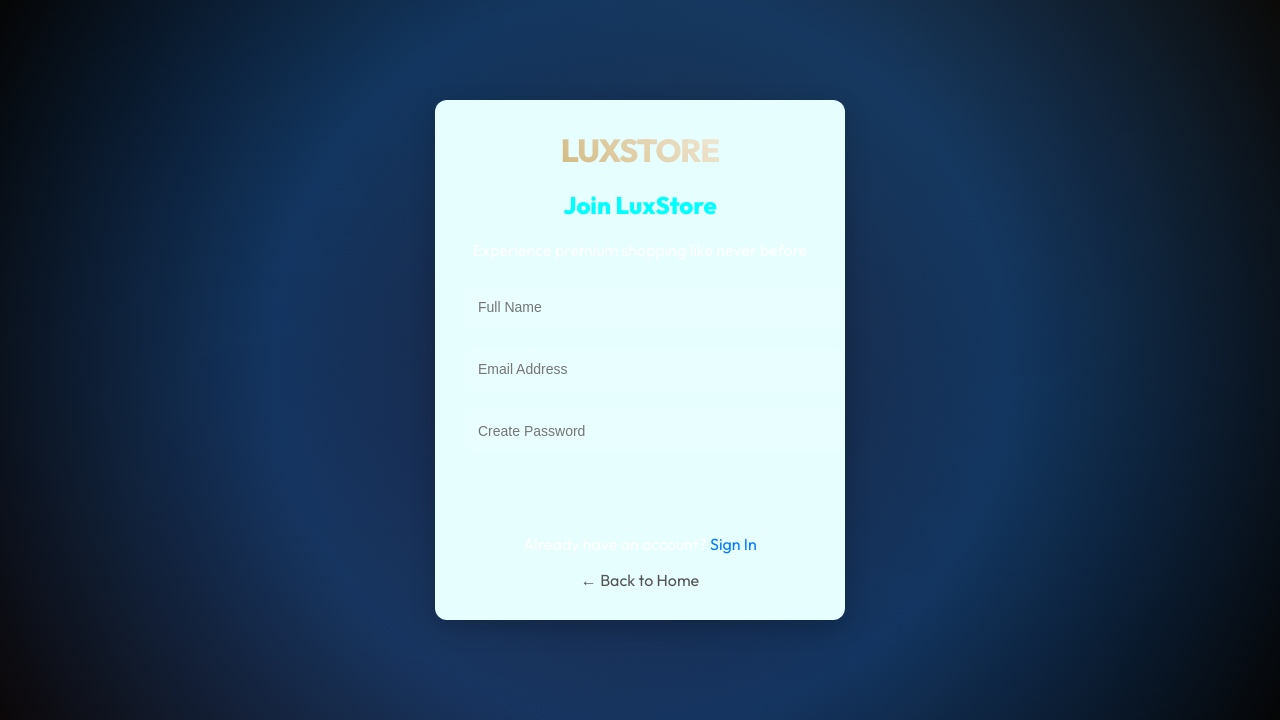
Repository: pradeepkumarh-17/Ecommerce
Page: http://localhost/EcomStore/views/auth/register.jsp
These files come from the project's save history. The page is drawn as it stood at one moment and after the next save; the edit follows.
The browser window is 1280 px wide. The pictures show the whole page.
Some web libraries are served in a nearby version. The page is served by Tomcat 10. Other server files are loaded and not shown.

Above is the page before, as saved 2026-05-03 07:57:50.

### EcomStore/src/main/webapp/views/auth/register.jsp
<%@ page contentType="text/html; charset=UTF-8" pageEncoding="UTF-8"%>

<!DOCTYPE html>
<html>
<head>
    <meta charset="UTF-8">
    <meta name="viewport" content="width=device-width, initial-scale=1.0">
    <title>Create Account | LuxStore</title>

    <!-- Google Fonts -->
    <link rel="preconnect" href="https://fonts.googleapis.com">
    <link rel="preconnect" href="https://fonts.gstatic.com" crossorigin>
    <link href="https://fonts.googleapis.com/css2?family=Outfit:wght@300;400;600;800&display=swap" rel="stylesheet">

    <link rel="stylesheet" href="<%= request.getContextPath() %>/assets/css/auth.css">
    <link rel="stylesheet" href="<%= request.getContextPath() %>/assets/css/modern-ui.css">

    <!-- GSAP -->
    <script src="https://cdnjs.cloudflare.com/ajax/libs/gsap/3.12.2/gsap.min.js"></script>
</head>

<body class="auth-page">

    <div class="bg-animation"></div>

    <div class="auth-container container-3d">

        <div class="auth-box glass-panel">

            <div class="logo">LUX<span>STORE</span></div>
            <h2>Join LuxStore</h2>
            <p class="subtitle">Experience premium shopping like never before</p>

            <form action="<%= request.getContextPath() %>/auth" method="post" class="animated-form">

                <input type="hidden" name="action" value="register">

                <div class="input-group">
                    <input type="text" name="name" placeholder="Full Name" required>
                </div>

                <div class="input-group">
                    <input type="email" name="email" placeholder="Email Address" required>
                </div>

                <div class="input-group">
                    <input type="password" name="password" placeholder="Create Password" required>
                </div>

                <button type="submit" class="cart-btn">Create Account</button>

            </form>

            <p class="switch">
                Already have an account? <a href="<%= request.getContextPath() %>/views/auth/login.jsp">Sign In</a>
            </p>

            <a class="back-home" href="<%= request.getContextPath() %>/views/user/home.jsp">
                <span>&larr;</span> Back to Home
            </a>
        </div>

    </div>

    <script>
        document.addEventListener('DOMContentLoaded', () => {
            gsap.from('.auth-box', {
                duration: 1.2,
                y: 100,
                opacity: 0,
                scale: 0.8,
                rotationX: -20,
                ease: 'power4.out'
            });

            gsap.from('.input-group, .cart-btn', {
                duration: 1,
                x: 30,
                opacity: 0,
                stagger: 0.1,
                delay: 0.5,
                ease: 'power3.out'
            });
        });
    </script>
</body>
</html>

### EcomStore/src/main/webapp/assets/css/auth.css
body {
    margin: 0;
    font-family: 'Segoe UI', sans-serif;
    background: linear-gradient(135deg, #4facfe, #00f2fe);
    height: 100vh;
}

/* CENTER */
.auth-container {
    display: flex;
    justify-content: center;
    align-items: center;
    height: 100%;
}

/* CARD */
.auth-box {
    width: 350px;
    padding: 30px;
    background:#e7feff;
    border-radius: 12px;
    box-shadow: 0 8px 25px rgba(0,0,0,0.2);
    text-align: center;
}

/* TITLE */
.auth-box h2 {
    margin-bottom: 20px;
    color:#00ffff;
}

/* INPUT */
.auth-box input {
    width: 100%;
    padding: 12px;
    margin: 10px 0;
    border-radius: 8px;
    border: 1px solid rgb(128, 255, 0);
    font-size: 14px;
}

/* FOCUS */
.auth-box input:focus {
    border-color: #28a745;
    outline: none;
}

/* BUTTON */
.auth-box button {
    width: 100%;
    padding: 12px;
    background: #ff0000; /* red */
    color: white;
    border: none;
    border-radius: 8px;
    font-size: 16px;
    cursor: pointer;
    transition: 0.3s;
}

/* Hover effect */
.auth-box button:hover {
    background: #ff0000; /* darker red */
}

/* SWITCH LINK */
.switch {
    margin-top: 15px;
}

.switch a {
    color: #007bff;
    text-decoration: none;
}

/* BACK HOME */
.back-home {
    display: block;
    margin-top: 15px;
    text-decoration: none;
    color: #555;
}

/* ERROR */
.error {
    color: red;
    margin-bottom: 10px;
}

### EcomStore/src/main/webapp/assets/css/modern-ui.css
:root {
    --primary: #c5a358; /* Gold accent */
    --secondary: #1a1a2e; /* Deep dark blue */
    --accent: #e94560; /* Vibrant pink/red */
    --bg-dark: #0f3460;
    --glass: rgba(255, 255, 255, 0.05);
    --glass-border: rgba(255, 255, 255, 0.1);
    --glass-text: rgba(255, 255, 255, 0.8);
    --shadow-3d: 0 20px 40px rgba(0,0,0,0.4), 0 10px 10px rgba(0,0,0,0.2);
    --transition-fast: 0.3s cubic-bezier(0.4, 0, 0.2, 1);
    --transition-slow: 0.6s cubic-bezier(0.4, 0, 0.2, 1);
}

@import url('https://fonts.googleapis.com/css2?family=Outfit:wght@300;400;600;800&display=swap');

body {
    margin: 0;
    font-family: 'Outfit', sans-serif;
    background: #050505;
    color: #fff;
    overflow-x: hidden;
    scroll-behavior: smooth;
}

/* Animated Gradient Background */
.bg-animation {
    position: fixed;
    top: 0;
    left: 0;
    width: 100%;
    height: 100%;
    background: radial-gradient(circle at 50% 50%, #16213e 0%, #0f3460 50%, #050505 100%);
    z-index: -1;
    overflow: hidden;
}

.bg-animation::after {
    content: '';
    position: absolute;
    top: -50%;
    left: -50%;
    width: 200%;
    height: 200%;
    background: radial-gradient(circle at 30% 30%, rgba(197, 163, 88, 0.05) 0%, transparent 40%),
                radial-gradient(circle at 70% 70%, rgba(233, 69, 96, 0.05) 0%, transparent 40%);
    animation: rotateBG 20s linear infinite;
}

@keyframes rotateBG {
    0% { transform: rotate(0deg); }
    100% { transform: rotate(360deg); }
}

/* 3D Perspective Container */
.container-3d {
    perspective: 1000px;
}

/* Glassmorphism Header */
.header {
    background: rgba(15, 52, 96, 0.7) !important;
    backdrop-filter: blur(15px);
    border-bottom: 1px solid var(--glass-border);
    position: sticky;
    top: 0;
    z-index: 1000;
    padding: 15px 60px !important;
    transition: var(--transition-fast);
}

.header.scrolled {
    padding: 10px 60px !important;
    background: rgba(15, 52, 96, 0.9) !important;
}

.logo {
    font-size: 32px !important;
    background: linear-gradient(45deg, var(--primary), #fff);
    -webkit-background-clip: text;
    background-clip: text;
    -webkit-text-fill-color: transparent;
    font-weight: 800 !important;
    letter-spacing: -1px;
}

.nav-links a {
    color: var(--glass-text) !important;
    position: relative;
    font-weight: 400 !important;
    padding: 5px 10px;
    border-radius: 5px;
    transition: var(--transition-fast);
}

.nav-links a::after {
    content: '';
    position: absolute;
    bottom: 0;
    left: 50%;
    width: 0;
    height: 2px;
    background: var(--primary);
    transition: var(--transition-fast);
    transform: translateX(-50%);
}

.nav-links a:hover {
    color: #fff !important;
}

.nav-links a:hover::after {
    width: 80%;
}

/* 3D Glass Product Card */
.product-card {
    background: var(--glass) !important;
    backdrop-filter: blur(10px);
    border: 1px solid var(--glass-border) !important;
    border-radius: 20px !important;
    padding: 20px !important;
    transform-style: preserve-3d;
    transition: transform 0.5s cubic-bezier(0.23, 1, 0.32, 1), box-shadow 0.5s ease !important;
    position: relative;
}

.product-card:hover {
    transform: translateY(-10px) rotateX(5deg) rotateY(-5deg) !important;
    box-shadow: 0 30px 60px rgba(0,0,0,0.6) !important;
    border-color: var(--primary) !important;
}

.product-card img {
    border-radius: 15px !important;
    transform: translateZ(20px);
    transition: var(--transition-fast);
    box-shadow: 0 10px 20px rgba(0,0,0,0.3);
}

.product-card h3 {
    color: #fff !important;
    transform: translateZ(30px);
    margin: 15px 0 5px 0 !important;
}

.product-card .price {
    color: var(--primary) !important;
    transform: translateZ(25px);
    font-size: 20px !important;
}

.cart-btn {
    background: linear-gradient(45deg, var(--primary), #b08d42) !important;
    border: none !important;
    border-radius: 30px !important;
    color: #000 !important;
    font-weight: 700 !important;
    padding: 12px !important;
    margin-top: 15px !important;
    transform: translateZ(40px);
    transition: var(--transition-fast) !important;
    cursor: pointer;
}

.cart-btn:hover {
    background: #fff !important;
    transform: translateZ(50px) scale(1.05) !important;
    box-shadow: 0 0 20px var(--primary);
}

/* Hero Section Enhancement */
.hero {
    height: 450px !important;
    border-radius: 30px !important;
    position: relative;
    overflow: hidden;
    background: none !important;
    border: 1px solid var(--glass-border);
}

.hero::before {
    content: '';
    position: absolute;
    top: 0;
    left: 0;
    width: 100%;
    height: 100%;
    background: linear-gradient(rgba(0,0,0,0.2), rgba(0,0,0,0.8)), url('https://images.unsplash.com/photo-1441986300917-64674bd600d8?ixlib=rb-1.2.1&auto=format&fit=crop&w=1350&q=80');
    background-size: cover;
    background-position: center;
    z-index: -1;
    transition: transform 5s ease;
}

.hero:hover::before {
    transform: scale(1.1);
}

.hero h1 {
    font-size: 64px !important;
    color: #fff !important;
    text-shadow: 0 10px 20px rgba(0,0,0,0.5);
    margin-bottom: 20px !important;
}

.hero .btn {
    background: var(--primary) !important;
    color: #000 !important;
    padding: 15px 40px !important;
    border-radius: 50px !important;
    font-size: 18px !important;
    box-shadow: 0 10px 20px rgba(197, 163, 88, 0.3);
}

/* Category Cards */
.category-card {
    background: var(--glass) !important;
    border: 1px solid var(--glass-border) !important;
    color: #fff !important;
    border-radius: 15px !important;
    padding: 20px 40px !important;
    transition: var(--transition-fast) !important;
}

.category-card:hover {
    background: var(--primary) !important;
    color: #000 !important;
    transform: scale(1.1) rotate(2deg) !important;
}

/* Forms */
input, select, textarea {
    background: rgba(255,255,255,0.05) !important;
    border: 1px solid var(--glass-border) !important;
    color: #fff !important;
    border-radius: 8px !important;
    padding: 12px !important;
    transition: var(--transition-fast);
}

input:focus {
    border-color: var(--primary) !important;
    background: rgba(255,255,255,0.1) !important;
    box-shadow: 0 0 15px rgba(197, 163, 88, 0.2);
    outline: none;
}

/* Premium Scrollbar */
::-webkit-scrollbar {
    width: 8px;
}

::-webkit-scrollbar-track {
    background: #050505;
}

::-webkit-scrollbar-thumb {
    background: var(--primary);
    border-radius: 10px;
}

::-webkit-scrollbar-thumb:hover {
    background: #fff;
}

After the next save:
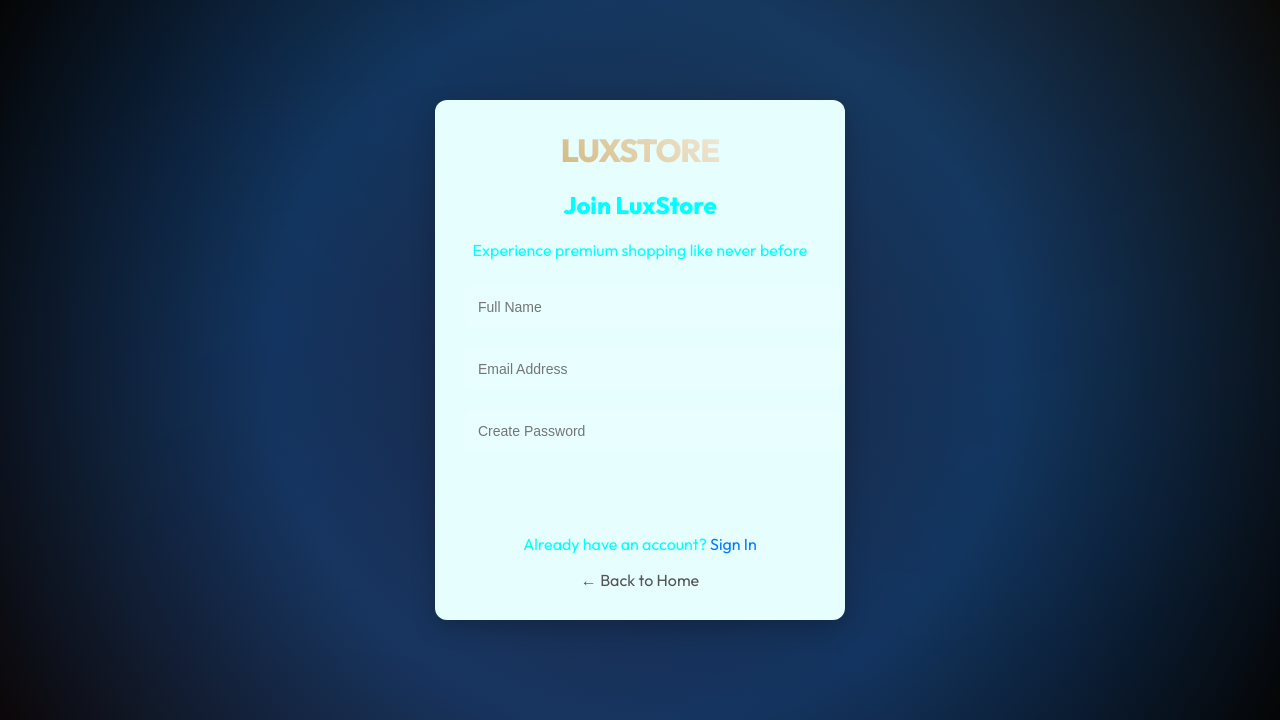
Saved 93 s later.
--- a/EcomStore/src/main/webapp/assets/css/auth.css
+++ b/EcomStore/src/main/webapp/assets/css/auth.css
@@ -27,6 +27,10 @@ body {
 .auth-box h2 {
     margin-bottom: 20px;
     color:#00ffff;
+}
+
+.auth-box p{
+	color: #00ffff;
 }
 
 /* INPUT */
